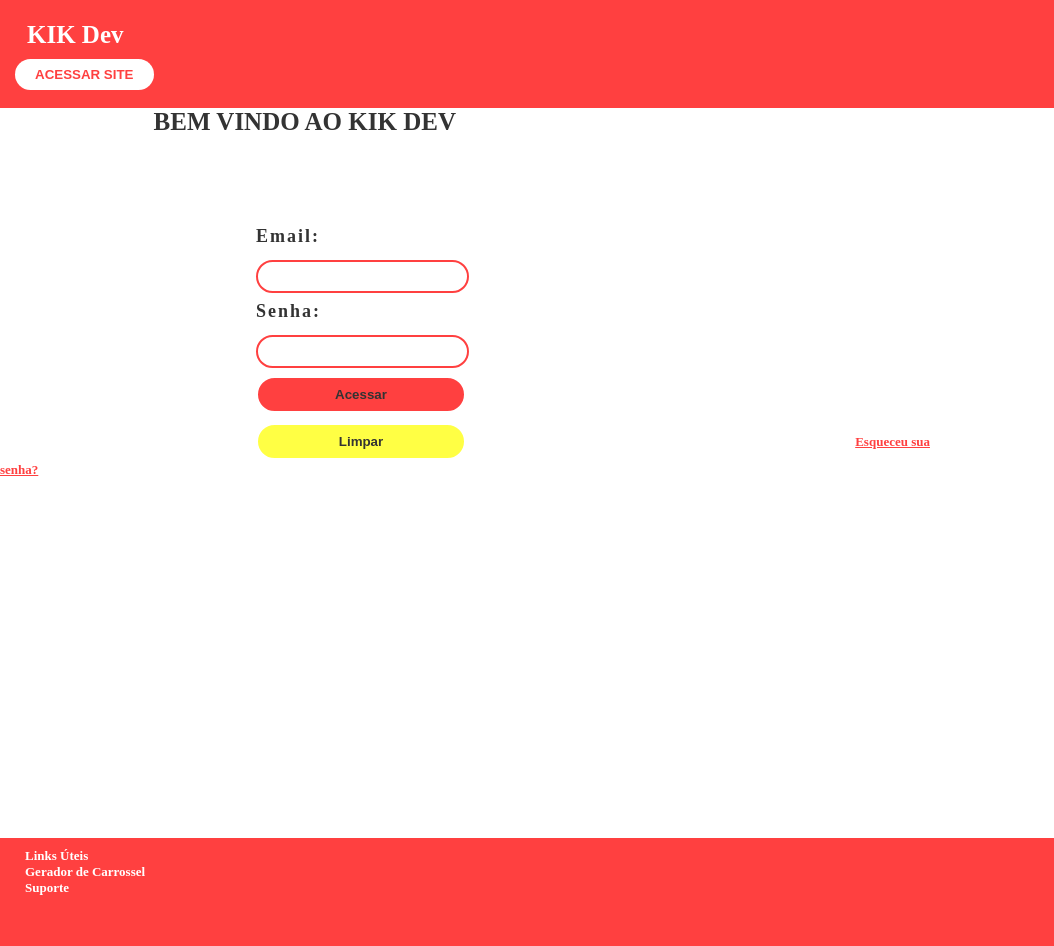
Repository: devgabrielvieira/kikdev
Page: index.html
The author's editor kept a copy of each file at every save. The page is drawn from the files as they stood at one save, then again after the next save.
The browser window is 1024 px wide. The page is 1054 px wide, so the pictures cover 1054 px, including what lies to the right of the window. The pictures show the whole page.

Above is the page before, as saved 2022-10-30 20:45:15.

### index.html
<!DOCTYPE html>
<html lang="pt-br">

<head>
    <meta charset="UTF-8">
    <meta http-equiv="X-UA-Compatible" content="IE=edge">
    <meta name="viewport" content="width=device-width, initial-scale=1.0">
    <link rel="shortcut icon" href="imagens/favicon.ico" type="image/x-icon">
    <link rel="stylesheet" href="style.css">
    <link rel="stylesheet" href="style-mobile.css">
    <script src="script_processo.js"></script>
    <title>KIK Dev</title>

</head>

<body id="pag_processos" onload="dimensaoTela()">

    <div class="header-index">
        <a href="#Default" class="logo">KIK Dev</a>

        <button type="submit" name="name" class="button-right"><strong>ACESSAR SITE</strong></a></button>

    </div>
    <div class="conteudo">
        <!--abrimos a div conteúdo-->

        <h3>BEM VINDO AO KIK DEV</h3>

        <div class="login">
            <label for="username">Email:</label>
            <input type="text" id="username" name="username">
            <label for="pass">Senha:</label>
            <input type="password" id="pass" name="password" minlength="8" required>
            <input class="btn-acessar" type="submit" value="Acessar">
            <input class="btn-limpar" type="reset" value="Limpar">
        </div>
        <a href="recuperar-senha.html" target="_self" rel="next" class="href">Esqueceu sua senha?</a>
    </div>
    <!--aqui fechamos a div conteudo-->

    <footer class="footer">
        <strong>
            <p>Links Úteis</p>
        </strong>
        <strong>
            <p>Gerador de Carrossel</p>
        </strong>
        <strong>
            <p>Suporte</p>
        </strong>
    </footer>

</body>

</html>

### style.css
@charset "UTF-8";

* {
  margin: 0;
  padding: 0;
}

html {
  margin: 0;
  padding: 0;
}

.header {
  overflow: hidden;
  background-color: #ff4040;
  padding: 20px 10px;
}

.header a {
  float: left;
  color: #fff;
  text-align: center;
  padding: 12px;
  text-decoration: none;
  font-size: 18px;
  line-height: 25px;
  border-radius: 4px;
}

.header a.logo {
  font-size: 25px;
  font-weight: bold;
}

.header a:hover {
  background-color: #ddd;
  color: #333333;
}

.header a.active {
  background-color: #d8d7d7;
  color: #fff;
}

.header-right {
  float: right;
}

.button-right {
  float: right;
  padding: 8px 20px;
  border: #d8d7d7;
  border-radius: 50px;
  color: #ff4040;
  background-color: #fff;
}

.header-index {
  overflow: hidden;
  background-color: #ff4040;
  padding: 5px 10px;
}

.header-index a {
  float: left;
  color: #fff;
  text-align: center;
  padding: 12px;
  text-decoration: none;
  font-size: 18px;
  line-height: 25px;
  border-radius: 4px;
}

.header-index a.logo {
  font-size: 25px;
  font-weight: bold;
}

.header-index a:hover {
  background-color: #ddd;
  color: #333333;
}

.header-index a.active {
  background-color: #d8d7d7;
  color: #fff;
}

.conteudo {
  width: 100%;
  height: 450px;
  overflow: hidden;
  background-color: #fff;
}

/* .conteudo img {
    width: 100%;
    background-color: #fff;
    margin: 2px 0 0 0;
    padding: 0;
    position: relative;
    height: 15.5rem;
} */

.footer {
  width: auto;
  background-color: #ff4040;
  padding: 20px 10px;
  position: relative;
  height: 2.5rem;
  bottom: -50px;
}

p {
  font-size: 13px;
  margin: 0 0 0 10px;
  float: none;
  overflow: hidden;
  color: #fff;
}

label {
  margin: 10px 50px 0 500px;
  display: block;
  letter-spacing: 2px;
  font-size: 18px;
  color: #333333;
  margin-bottom: 3px;
  font-weight: bold;
}

input[type="submit"],
label {
  margin: 5px 50px 0 500px;
  margin-top: 0.5rem;
  color: #333333;
}

input {
  margin: 10px 50px 0 500px;
  caret-color: #222;
  color: #333333;
  border: 2px solid #ff4040;
  border-radius: 36px;
  padding: 7px 15px;
  text-align: center;
  font-weight: bold;
}

input:hover {
  border: 2px solid #a0a0a0;
}

.login {
  margin: 80px 0 0 0;
  width: -100%;
}

.btn-acessar {
  margin: 10px 50px 0 500px;
  background: #ff4040;
  border: 2px solid #fff;
  padding: 9px 15px;
  width: 210px;
  max-width: 100%;
}

.btn-limpar {
  margin: 10px 50px 0 500px;
  background: #ff4;
  border: 2px solid #fff;
  padding: 9px 15px;
  width: 210px;
  max-width: 100%;
}

.href {
  margin: 10px 50px 0 500px;
  padding: 19px 50px;
  font-size: 13px;
  font-weight: bold;
  color: #ff4040;
  text-align: center;
  max-width: 100%;
}

h3 {
  font-size: 25px;
  width: 100%;
  display: inline-block;
  /* margin: 5px 0 auto 450px; */
  margin-top: 5px;
  margin-left: 450px;
  margin-bottom: -500px;
  color: #333333;
}

### style-mobile.css
@charset "UTF-8";

@media screen and (max-width: 1200px) {
  * {
    margin: 0;
    padding: 0;
  }

  html {
    margin: 0;
    padding: 0;
  }

  .header-index {
    overflow: hidden;
    background-color: #ff4040;
    padding: 10px 15px;
    height: 5.5rem;
    width: 100%;
  }

  .header a {
    float: none;
    display: block;
    text-align: left;
  }

  .header-index a {
    float: none;
    display: block;
    text-align: left;
  }

  .header-right {
    float: none;
  }

  .button-right {
    float: none;
  }

  .footer {
    float: none;
    bottom: -280px;
    overflow: hidden;
    padding: 10px 15px;
    height: 5.5rem;
    width: 100%;
  }

  /* .conteudo img {
        float: none;
        display: block;
        position: absolute;
        width: 100%;
        background-color: #fff;
        margin: 2px 0 0 0;
        height: 10rem;
    } */

  .login {
    width: 50%;
    display: inline-block;
  }

  label {
    margin-left: 50%;
    margin-bottom: 3px;
    display: block;
    letter-spacing: 2px;
    font-size: 18px;
    color: #333333;
    font-weight: bold;
  }

  input[type="submit"],
  label {
    margin-left: 50%;
    margin-top: 0.5rem;
    color: #333333;
  }

  input {
    margin-left: 50%;
    caret-color: #222;
    color: #333333;
    border: 2px solid #ff4040;
    border-radius: 36px;
    padding: 7px 15px;
    text-align: center;
    font-weight: bold;
  }

  input:hover {
    border: 2px solid #a0a0a0;
  }

  .href {
    margin-left: 30%;
    font-size: 13px;
    font-weight: bold;
    color: #ff4040;
    text-align: center;
    width: 100%;
    padding: 2rem;
  }

  .btn-acessar {
    margin-left: 50%;
    margin-right: 50%;
    background: #ff4040;
    border: 2px solid #fff;
    padding: 9px 15px;
    width: 210px;
    max-width: 100%;
  }

  .btn-limpar {
    margin-left: 50%;
    margin-right: 50%;
    background: #ff4;
    border: 2px solid #fff;
    padding: 9px 15px;
    width: 210px;
    max-width: 100%;
  }

  h3 {
    font-size: 25px;
    width: 100%;
    display: inline-block;
    /* margin-bottom: 0.5rem;
    margin-left: 15%; */
    color: #333333;

    margin-top: 0;
    margin-left: 15%;
    margin-bottom: 0.1rem;
  }
}

### script_processo.js
function dimensaoTela(){
    var heightTela = window.innerHeight;
    var widthTela = window.innerWidth;

    document.getElementById('pag_processos').style.minHeight = heightTela+'px';
}

After the next save:
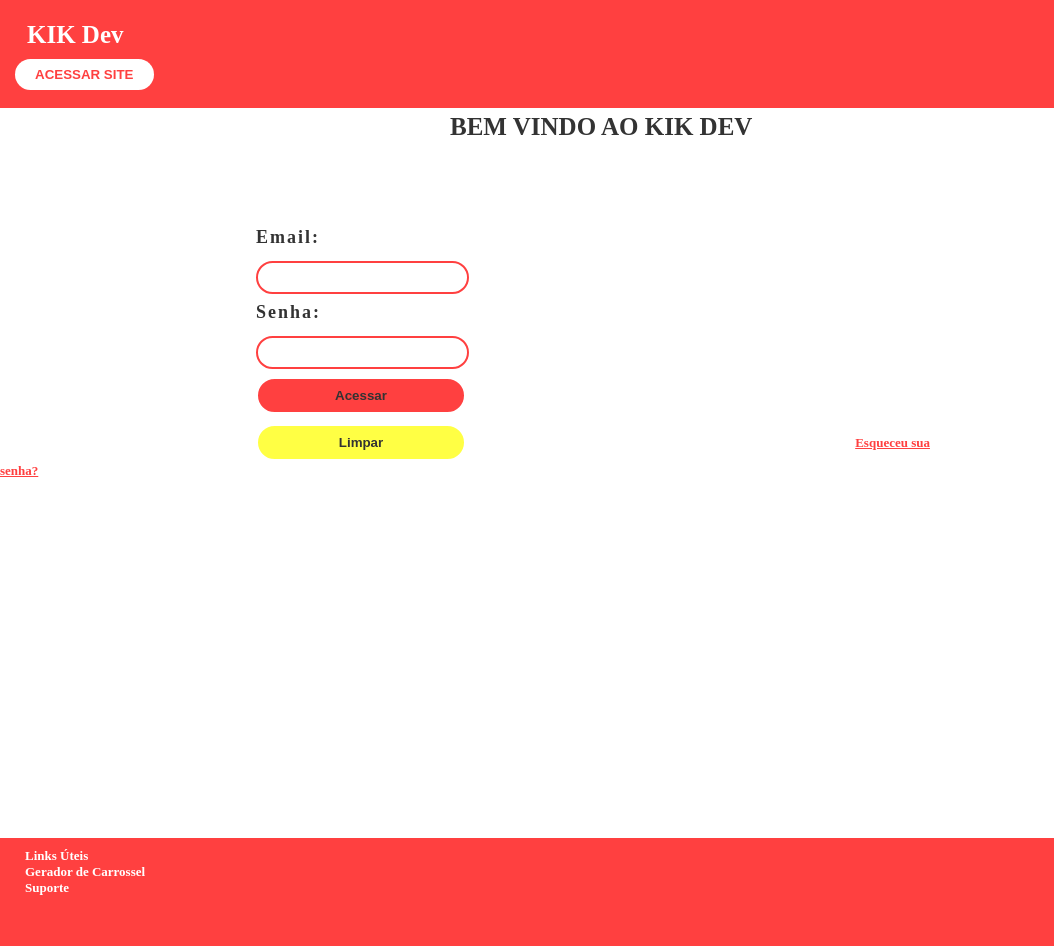
Saved 9 s later.
--- a/style-mobile.css
+++ b/style-mobile.css
@@ -133,8 +133,5 @@
     margin-left: 15%; */
     color: #333333;
 
-    margin-top: 0;
-    margin-left: 15%;
-    margin-bottom: 0.1rem;
   }
 }
